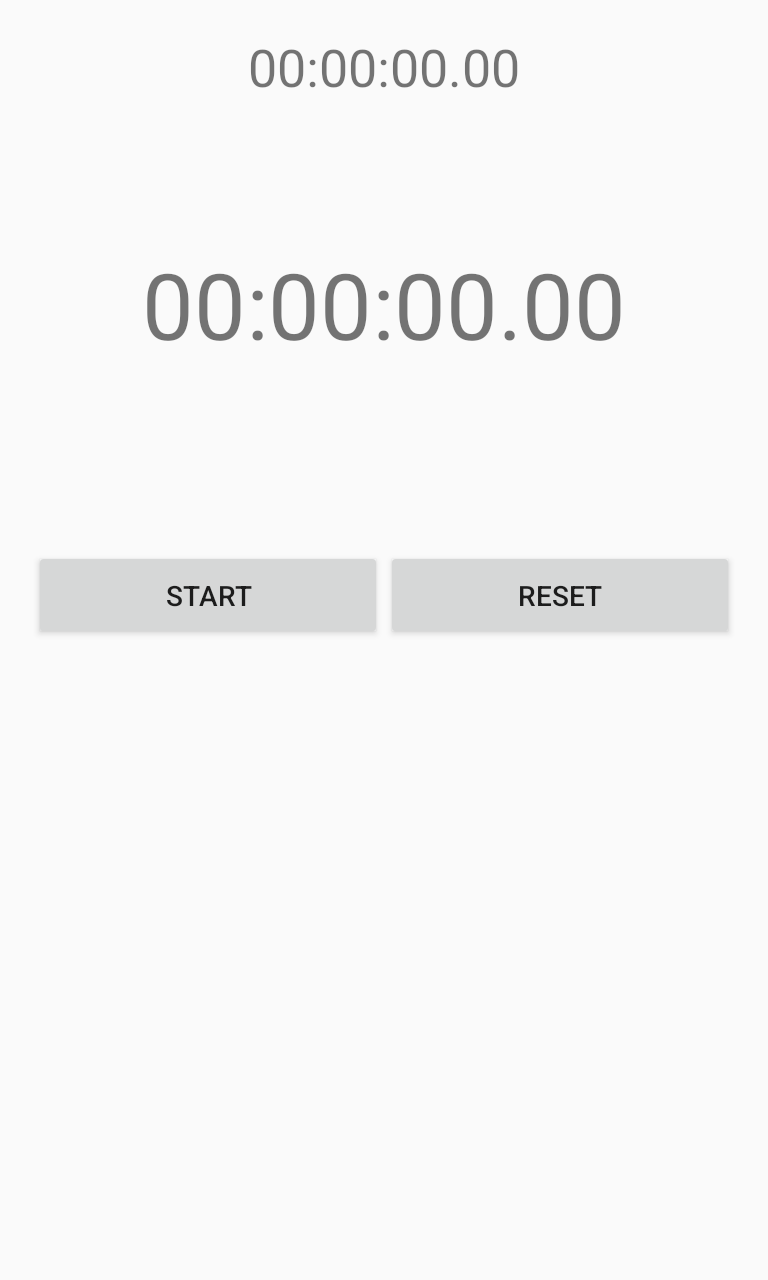
Repository: GitDidNotExitCleanly/AndroidTimer
Layout: StopWatch/res/layout/activity_main.xml
These files come from the project's save history. The layout is drawn as it stood at one moment and after the next save; the edit follows.
It is drawn on a 768 x 1280 px phone screen (xhdpi) without system bars, with theme AppTheme; the app's code is not run. Lists and similar views that code fills are empty.

Above is the layout before, as saved 2015-03-05 16:22:28.

After the next save:
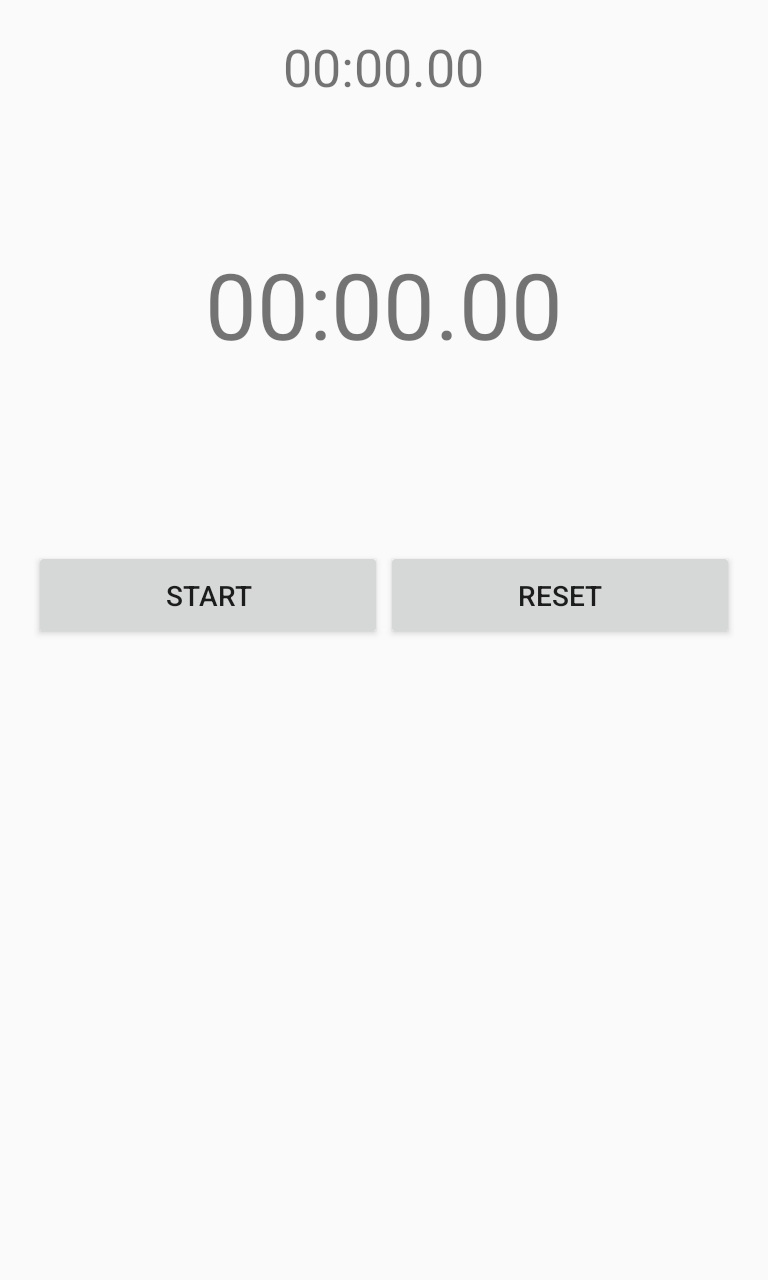
Saved 2 min 8 s later.
--- a/StopWatch/res/layout/activity_main.xml
+++ b/StopWatch/res/layout/activity_main.xml
@@ -23,7 +23,7 @@
             android:layout_width="wrap_content"
             android:layout_height="wrap_content"
             android:layout_weight="1"
-            android:text="00:00:00.00"
+            android:text="00:00.00"
             android:textSize="@dimen/stopwatch_small_time" />
 
         <TextView
@@ -31,7 +31,7 @@
             android:layout_width="wrap_content"
             android:layout_height="wrap_content"
             android:layout_weight="1.3"
-            android:text="00:00:00.00"
+            android:text="00:00.00"
             android:textSize="@dimen/stopwatch_large_time" />
 
         <LinearLayout
